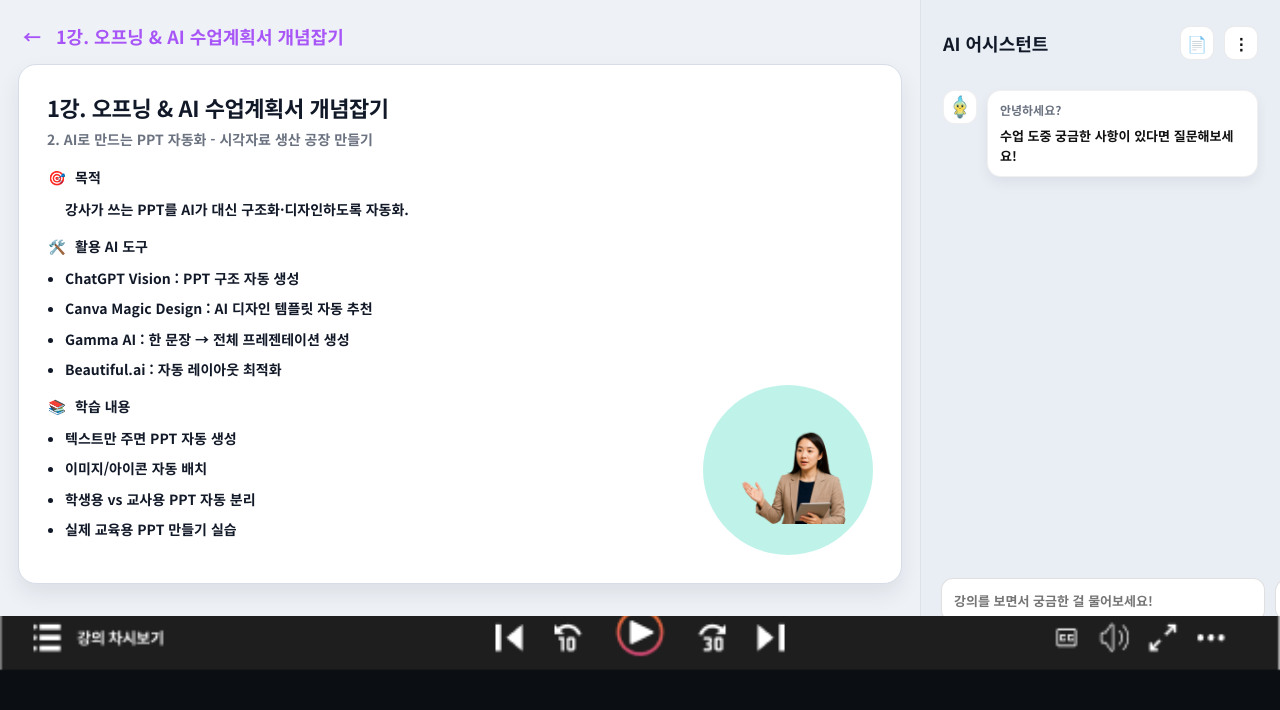
Repository: Iimchaehoon/level_up
Page: player.html
The author's editor kept a copy of each file at every save. The page is drawn from the files as they stood at one save, then again after the next save.
The browser window is 1280 px wide. The pictures show the whole page.

Above is the page before, as saved 2025-12-14 19:33:54.

### player.html
<!doctype html>
<html lang="ko">
<head>
  <meta charset="UTF-8" />
  <meta name="viewport" content="width=device-width,initial-scale=1" />
  <title>강의 플레이어 | LEVEL-UP</title>

  <link rel="preconnect" href="https://fonts.googleapis.com" />
  <link rel="preconnect" href="https://fonts.gstatic.com" crossorigin />
  <link href="https://fonts.googleapis.com/css2?family=Noto+Sans+KR:wght@400;500;700;800&display=swap" rel="stylesheet" />

  <style>
    :root{
      --bg:#eef1f6;
      --card:#ffffff;
      --line:#d6dde8;
      --text:#111827;
      --muted:#6b7280;
      --purple:#a855f7;
      --shadow:0 10px 22px rgba(15,23,42,.08);
      --radius:18px;
      --sidebarW:360px;
      --playerH:84px;
    }

    *{ box-sizing:border-box; }
    html,body{ height:100%; }
    body{
      margin:0;
      font-family:"Noto Sans KR",system-ui,-apple-system,BlinkMacSystemFont,"Segoe UI",sans-serif;
      color:var(--text);
      background:var(--bg);
      overflow:hidden; /* 피그마처럼 전체 스크롤 최소화 */
    }
    img{ max-width:100%; display:block; }
    button,input{ font-family:inherit; }
    a{ color:inherit; text-decoration:none; }

    /* ===== 전체 레이아웃 ===== */
    .app{
      height:100vh;
      display:grid;
      grid-template-columns: 1fr var(--sidebarW);
      padding-bottom: var(--playerH); /* 하단 플레이어바 자리 */
    }

    /* ===== 좌측 컨텐츠 ===== */
    .stage{
      position:relative;
      padding:18px 18px 18px 18px;
      overflow:auto;
    }

    .topline{
      display:flex;
      align-items:center;
      gap:10px;
      padding:4px 0 14px;
      color:var(--purple);
      font-weight:800;
      font-size:18px;
    }
    .back{
      width:28px; height:28px;
      border-radius:999px;
      display:grid; place-items:center;
      cursor:pointer;
      user-select:none;
    }
    .back:hover{ background:rgba(168,85,247,.12); }

    .content-card{
      background:var(--card);
      border:1px solid var(--line);
      border-radius: var(--radius);
      box-shadow: var(--shadow);
      padding:26px 28px;
      min-height: 520px;
      position:relative;
    }

    .h1{
      margin:0 0 6px;
      font-size:22px;
      font-weight:900;
      letter-spacing:-0.02em;
    }
    .h2{
      margin:0 0 18px;
      font-size:14px;
      font-weight:700;
      color:var(--muted);
    }

    .sec{
      margin-top:14px;
    }
    .sec-title{
      display:flex;
      align-items:center;
      gap:8px;
      margin:0 0 10px;
      font-weight:900;
      font-size:14px;
    }
    .sec-title .emoji{
      width:20px;
      display:inline-grid;
      place-items:center;
      font-size:14px;
    }
    .bullets{
      margin:0;
      padding-left:18px;
      color:var(--text);
      font-weight:600;
      line-height:1.75;
      font-size:14px;
    }
    .bullets li{ margin:6px 0; }

    /* 우하단 강사 이미지(원형 배경) */
    .teacher-badge{
      position:absolute;
      right:28px;
      bottom:28px;
      width:170px;
      height:170px;
      border-radius:999px;
      background: #bff3ea;
      display:grid;
      place-items:center;
    }
    .teacher-badge img{
      width:145px;
      height:auto;
      transform: translateY(6px);
    }

    /* ===== 우측 AI 어시스턴트 ===== */
    .sidebar{
      background:#e9edf4;
      border-left:1px solid rgba(0,0,0,.05);
      display:flex;
      flex-direction:column;
      padding:16px 14px 14px;
      overflow:hidden;
    }

    .side-head{
      display:flex;
      align-items:center;
      justify-content:space-between;
      padding:10px 8px 12px;
      font-weight:900;
      font-size:18px;
    }
    .side-actions{
      display:flex;
      gap:10px;
      color:#111;
    }
    .iconbtn{
      width:34px;
      height:34px;
      border-radius:10px;
      border:1px solid rgba(0,0,0,.08);
      background:#fff;
      cursor:pointer;
      display:grid;
      place-items:center;
      font-size:16px;
      user-select:none;
    }
    .iconbtn:hover{ background:#f7f8fb; }

    .chat{
      flex:1;
      overflow:auto;
      padding:8px 8px 10px;
    }

    .msg{
      display:flex;
      gap:10px;
      align-items:flex-start;
      margin:10px 0;
    }
    .avatar{
      width:34px;
      height:34px;
      border-radius:12px;
      background:#fff;
      border:1px solid rgba(0,0,0,.06);
      display:grid;
      place-items:center;
      overflow:hidden;
      flex:0 0 auto;
    }
    .avatar img{ width:26px; height:26px; object-fit:contain; }

    .bubble{
      max-width: 92%;
      background:#fff;
      border:1px solid rgba(0,0,0,.06);
      border-radius:14px;
      padding:10px 12px;
      line-height:1.55;
      font-size:13px;
      font-weight:600;
      color:#111;
      box-shadow: 0 6px 14px rgba(15,23,42,.06);
    }
    .bubble .muted{
      color:var(--muted);
      font-weight:700;
      font-size:12px;
      margin-bottom:6px;
      display:block;
    }

    .msg.user{
      justify-content:flex-end;
    }
    .msg.user .bubble{
      background:#111827;
      color:#fff;
      border-color:#111827;
      box-shadow:none;
    }

    .composer{
      padding:10px 6px 0;
      display:flex;
      gap:10px;
      align-items:center;
    }
    .input{
      flex:1;
      height:44px;
      border-radius:12px;
      border:1px solid rgba(0,0,0,.12);
      background:#fff;
      padding:0 12px;
      outline:none;
      font-size:13px;
      font-weight:600;
    }
    .send{
      width:46px;
      height:44px;
      border-radius:14px;
      border:1px solid rgba(0,0,0,.12);
      background:#fff;
      cursor:pointer;
      display:grid;
      place-items:center;
      font-size:18px;
      user-select:none;
    }
    .send:hover{ background:#f7f8fb; }

    /* ===== 하단 플레이어 바 ===== */
    .playerbar{
      position:fixed;
      left:0; right:0; bottom:0;
      height: var(--playerH);
      background:#0b0f14;
      display:flex;
      align-items:center;
      justify-content:center;
      z-index:50;
      border-top:1px solid rgba(255,255,255,.08);
    }
    .playerbar img{
      height:150%;
      width:100%;
      object-fit:cover; /* 피그마처럼 한 장 이미지로 꽉 */
    }

    /* 반응형: 좁아지면 사이드 내려가게 */
    @media (max-width: 980px){
      body{ overflow:auto; }
      .app{
        height:auto;
        grid-template-columns: 1fr;
        padding-bottom: var(--playerH);
      }
      .sidebar{
        height: 520px;
      }
    }
  </style>
</head>

<body>
  <div class="app">

    <!-- ===== 좌측 강의 화면 ===== -->
    <section class="stage" aria-label="강의 화면">
      <div class="topline">
        <div class="back" id="backBtn" title="뒤로가기">←</div>
        <div>1강. 오프닝 &amp; AI 수업계획서 개념잡기</div>
      </div>

      <div class="content-card">
        <h1 class="h1">1강. 오프닝 &amp; AI 수업계획서 개념잡기</h1>
        <p class="h2">2. AI로 만드는 PPT 자동화 - 시각자료 생산 공장 만들기</p>

        <div class="sec">
          <p class="sec-title"><span class="emoji">🎯</span> 목적</p>
          <div class="bullets">
            강사가 쓰는 PPT를 AI가 대신 구조화·디자인하도록 자동화.
          </div>
        </div>

        <div class="sec">
          <p class="sec-title"><span class="emoji">🛠️</span> 활용 AI 도구</p>
          <ul class="bullets">
            <li>ChatGPT Vision : PPT 구조 자동 생성</li>
            <li>Canva Magic Design : AI 디자인 템플릿 자동 추천</li>
            <li>Gamma AI : 한 문장 → 전체 프레젠테이션 생성</li>
            <li>Beautiful.ai : 자동 레이아웃 최적화</li>
          </ul>
        </div>

        <div class="sec">
          <p class="sec-title"><span class="emoji">📚</span> 학습 내용</p>
          <ul class="bullets">
            <li>텍스트만 주면 PPT 자동 생성</li>
            <li>이미지/아이콘 자동 배치</li>
            <li>학생용 vs 교사용 PPT 자동 분리</li>
            <li>실제 교육용 PPT 만들기 실습</li>
          </ul>
        </div>

        <!-- 우하단 원형 강사 이미지 -->
        <div class="teacher-badge" aria-hidden="true">
          <img src="./player/image_1917.png" alt="강사" />
        </div>
      </div>
    </section>

    <!-- ===== 우측 AI 어시스턴트 ===== -->
    <aside class="sidebar" aria-label="AI 어시스턴트">
      <div class="side-head">
        <div>AI 어시스턴트</div>
        <div class="side-actions">
          <div class="iconbtn" title="문서">📄</div>
          <div class="iconbtn" title="더보기">⋮</div>
        </div>
      </div>

      <div class="chat" id="chat">
        <div class="msg bot">
          <div class="avatar"><img src="./player/image_1864.png" alt="마스코트" /></div>
          <div class="bubble">
            <span class="muted">안녕하세요?</span>
            수업 도중 궁금한 사항이 있다면 질문해보세요!
          </div>
        </div>
      </div>

      <div class="composer">
        <input id="chatInput" class="input" type="text" placeholder="강의를 보면서 궁금한 걸 물어보세요!" />
        <button id="sendBtn" class="send" type="button" aria-label="전송">➜</button>
      </div>
    </aside>
  </div>

  <!-- ===== 하단 플레이어(이미지 1:1) ===== -->
  <div class="playerbar" aria-label="플레이어">
    <img src="./player/plyer_icon.png" alt="플레이어 바" />
  </div>

  <script>
    // ===== 뒤로가기(나의 강의로) =====
    document.getElementById("backBtn").addEventListener("click", () => {
      // 네 파일명이 my_lecture.html 이면 그대로, 다르면 수정
      window.location.href = "my_lecture.html";
    });

    // ===== 간단 AI Q&A (수업/강의 관련 키워드 기반) =====
    const chat = document.getElementById("chat");
    const input = document.getElementById("chatInput");
    const sendBtn = document.getElementById("sendBtn");

    // "강의 내용" 기반으로만 답하도록 룰을 잡아줌 (원하는대로 문구 변경 가능)
    function answer(text){
      const t = (text || "").trim().toLowerCase();

      // 빈값
      if(!t) return "질문을 입력해줘! 예: “오늘 강의 목적이 뭐야?”";

      // 범용
      if (t.includes("목적") || t.includes("왜") || t.includes("무슨 목적")) {
        return "이 파트의 목적은 **강사가 쓰는 PPT를 AI가 대신 구조화·디자인하도록 자동화**하는 거야.";
      }
      if (t.includes("도구") || t.includes("툴") || t.includes("사용") || t.includes("뭐로")) {
        return "활용 도구는 **ChatGPT Vision / Canva Magic Design / Gamma AI / Beautiful.ai**야.";
      }
      if (t.includes("chatgpt")) {
        return "ChatGPT Vision은 **PPT 구조(목차/슬라이드 흐름/핵심요약)**을 자동으로 잡아주는 데 좋아.";
      }
      if (t.includes("canva")) {
        return "Canva Magic Design은 **템플릿/레이아웃 추천**으로 디자인 시간을 확 줄여줘.";
      }
      if (t.includes("gamma")) {
        return "Gamma AI는 **한 문장만 줘도 전체 프레젠테이션**을 빠르게 만들어주는 쪽에 강해.";
      }
      if (t.includes("beautiful")) {
        return "Beautiful.ai는 **자동 레이아웃 정렬/정돈**이 강점이라 발표자료 마감 직전에 특히 유용해.";
      }
      if (t.includes("학습") || t.includes("배우는") || t.includes("내용")) {
        return "학습 내용은 **텍스트→PPT 자동 생성 / 이미지·아이콘 자동 배치 / 학생용·교사용 분리 / 교육용 PPT 만들기 실습**이야.";
      }
      if (t.includes("학생") || t.includes("교사용") || t.includes("분리")) {
        return "학생용/교사용 분리는 **표현 난이도·설명량·정답/해설 포함 여부**를 기준으로 AI에게 역할을 나눠서 생성시키면 돼.";
      }
      if (t.includes("질문") || t.includes("프롬프트") || t.includes("예시")) {
        return "예시 프롬프트: “중3 대상 45분 수업, 주제는 OOO. 학생용 10장/교사용 10장으로 나눠서 슬라이드 구조와 핵심 문장, 이미지 아이디어까지 제안해줘.”";
      }

      // 범위 밖 질문 필터(원하면 삭제 가능)
      if (t.includes("정치") || t.includes("주식") || t.includes("날씨")) {
        return "지금은 **수업/강의 관련 질문**에만 답변할 수 있어. 강의 내용으로 질문해줘!";
      }

      // 기본 응답
      return "좋아. 질문을 조금만 더 구체적으로 말해줘! (예: “이번 파트에서 어떤 도구를 쓰는지”, “학습 내용 요약” 등)";
    }

    function addMsg(role, text){
      const row = document.createElement("div");
      row.className = "msg " + (role === "user" ? "user" : "bot");

      if(role !== "user"){
        const av = document.createElement("div");
        av.className = "avatar";
        const img = document.createElement("img");
        img.src = "./player/image_1864.png";
        img.alt = "마스코트";
        av.appendChild(img);

        const bubble = document.createElement("div");
        bubble.className = "bubble";
        bubble.innerHTML = text;

        row.appendChild(av);
        row.appendChild(bubble);
      }else{
        const bubble = document.createElement("div");
        bubble.className = "bubble";
        bubble.textContent = text;
        row.appendChild(bubble);
      }

      chat.appendChild(row);
      chat.scrollTop = chat.scrollHeight;
    }

    function send(){
      const q = input.value.trim();
      if(!q) return;

      addMsg("user", q);
      input.value = "";

      // 살짝 딜레이로 자연스럽게
      setTimeout(() => {
        const a = answer(q);
        addMsg("bot", a);
      }, 250);
    }

    sendBtn.addEventListener("click", send);
    input.addEventListener("keydown", (e) => {
      if(e.key === "Enter") send();
    });
  </script>
</body>
</html>

After the next save:
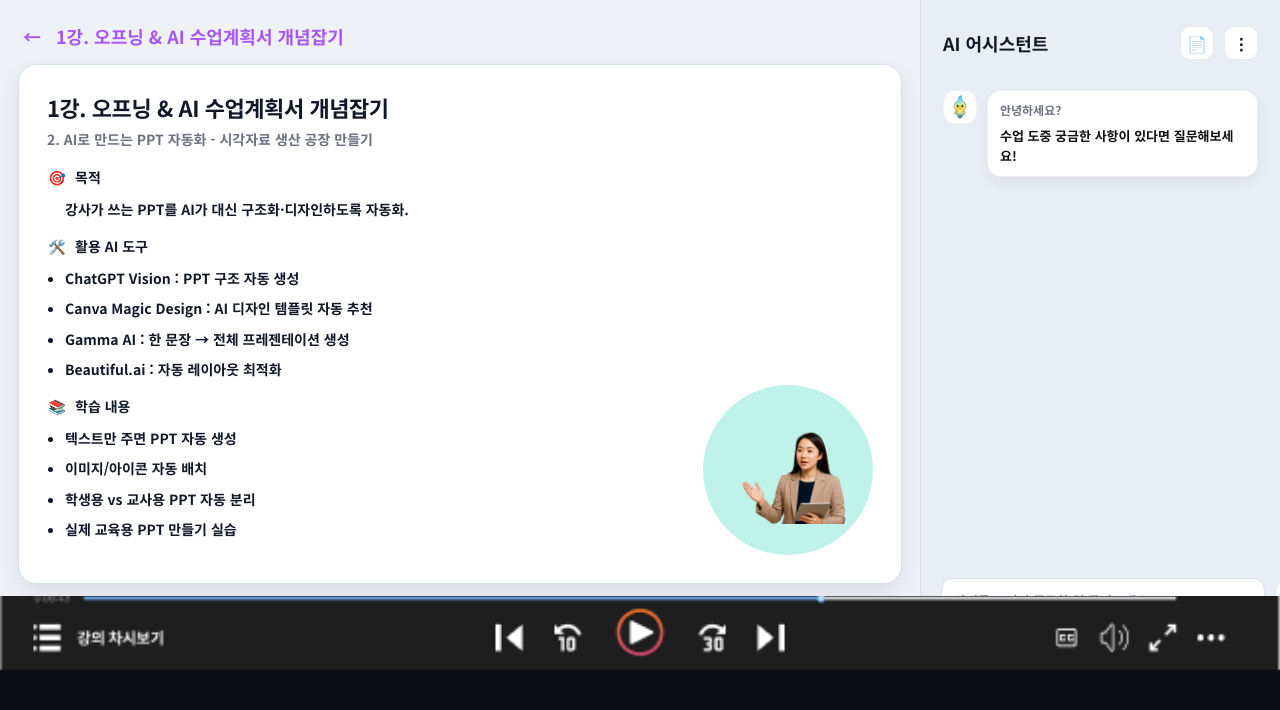
Saved 5 s later.
--- a/player.html
+++ b/player.html
@@ -273,7 +273,7 @@
       border-top:1px solid rgba(255,255,255,.08);
     }
     .playerbar img{
-      height:150%;
+      height:200%;
       width:100%;
       object-fit:cover; /* 피그마처럼 한 장 이미지로 꽉 */
     }
